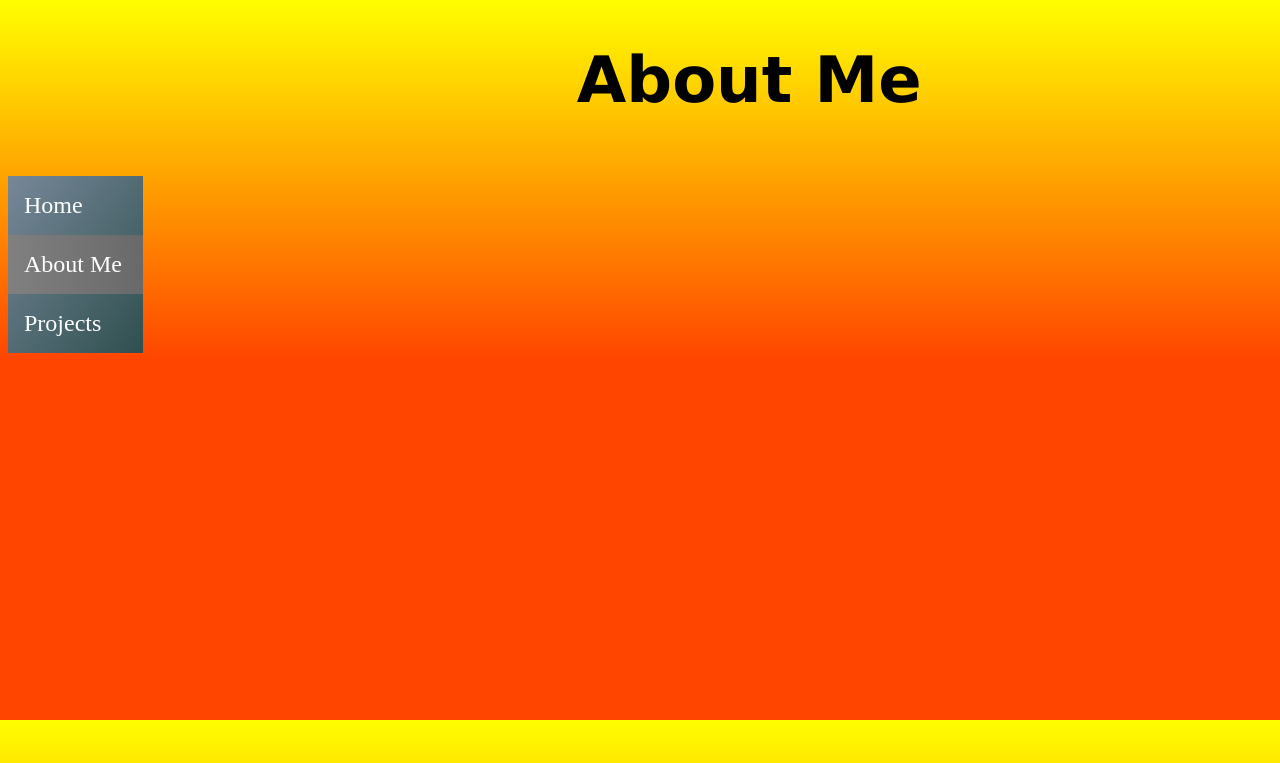
Repository: brody-toth/brody-toth.github.io
Page: about-me.html
The author's editor kept a record of every edit. The page is drawn from the files as they stood at one moment, then again after the next edit.
The browser window is 1280 px wide. The pictures show the whole page.

Above is the page before.

### about-me.html
<!DOCTYPE html>
<html>

  <head>
    <title>About Me</title>
    <link rel="stylesheet" href="style.css" type="text/css">
  </head>

  <body>

    <h1 class="header">About Me</h1>

    <ul class="navbar">
      <li><a href="home.html">Home</a></li>
      <li class="active"><a href="about-me.html">About Me</a></li>
      <li class = "dropdown">
        <div>Projects</div>
        <ul class="dropdown-content">
          <li><a href="project1.html">Project 1</a></li>
          <li><a href="project2.html">Project 2</a></li>
          <li><a href="project3.html">Project 3</a></li>
        </ul>
      </li>
    </ul>

  </body>

</html>

### style.css
html, body{
    height: 100%;
}

body{
    background-image: linear-gradient(to bottom, yellow, orangered 50%);
}

.navbar{
    list-style: none;
    background-image: linear-gradient(to bottom right, lightslategray, darkslategray);
    width: 135px;
    overflow: hidden;
    float: left;
    padding: 0;
}
.navbar a, .dropdown div{
    text-decoration: none;
    color: white;
    font-size: 24px;
    padding: 16px;
    display: inline-block;
}
.navbar div{
    width: 135px;
}
.navbar li:hover{
    background-color: slategray;
}
.dropdown-content{
    list-style: none;
    padding: 0;
    display: none;
    position: absolute;
    z-index: 2;
    background-image: linear-gradient(to bottom right, lightslategray, darkslategray);
}
.dropdown:hover .dropdown-content{
    display: block;
}
.active{
    background-image: linear-gradient(to right, gray, dimgray)
}

.header{
    text-align: left;
    padding-left: 45%;
    font-family: "Lucida Sans Unicode", "Lucida Grande", sans-serif;
    font-size: 64px;
}

After the next edit:
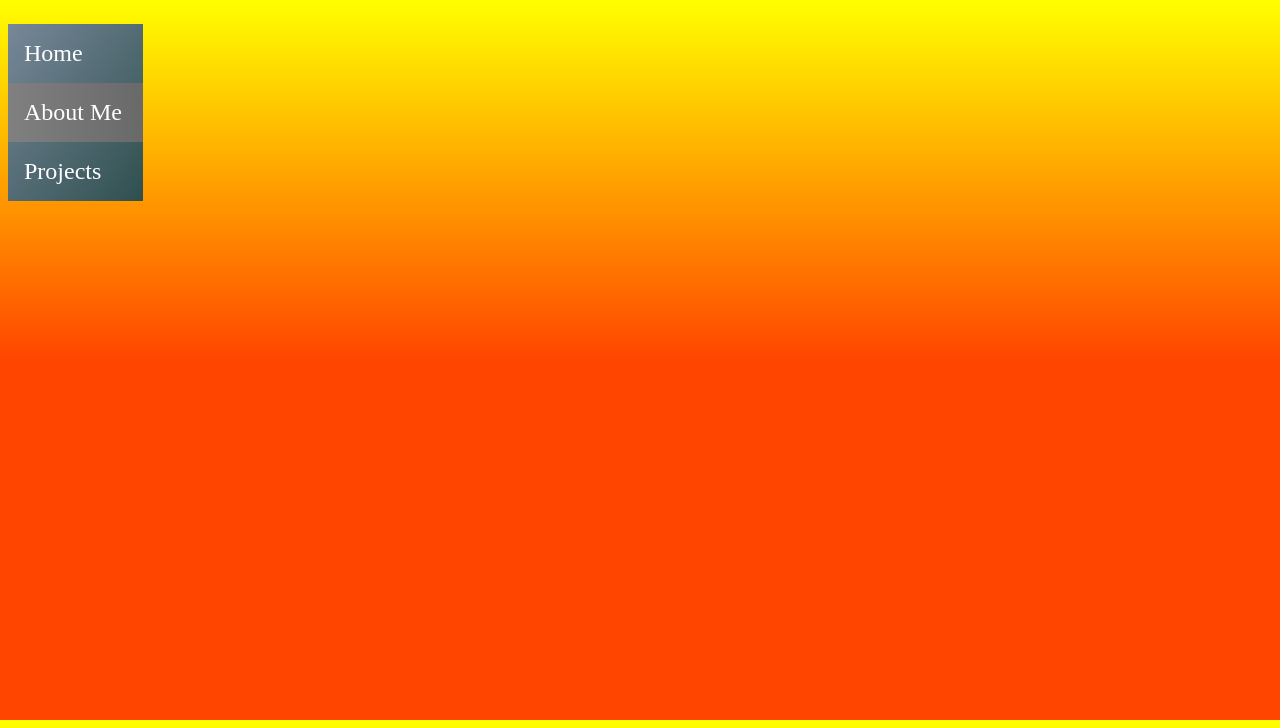
The edit:
--- a/about-me.html
+++ b/about-me.html
@@ -7,8 +7,6 @@
   </head>
 
   <body>
-
-    <h1 class="header">About Me</h1>
 
     <ul class="navbar">
       <li><a href="home.html">Home</a></li>
